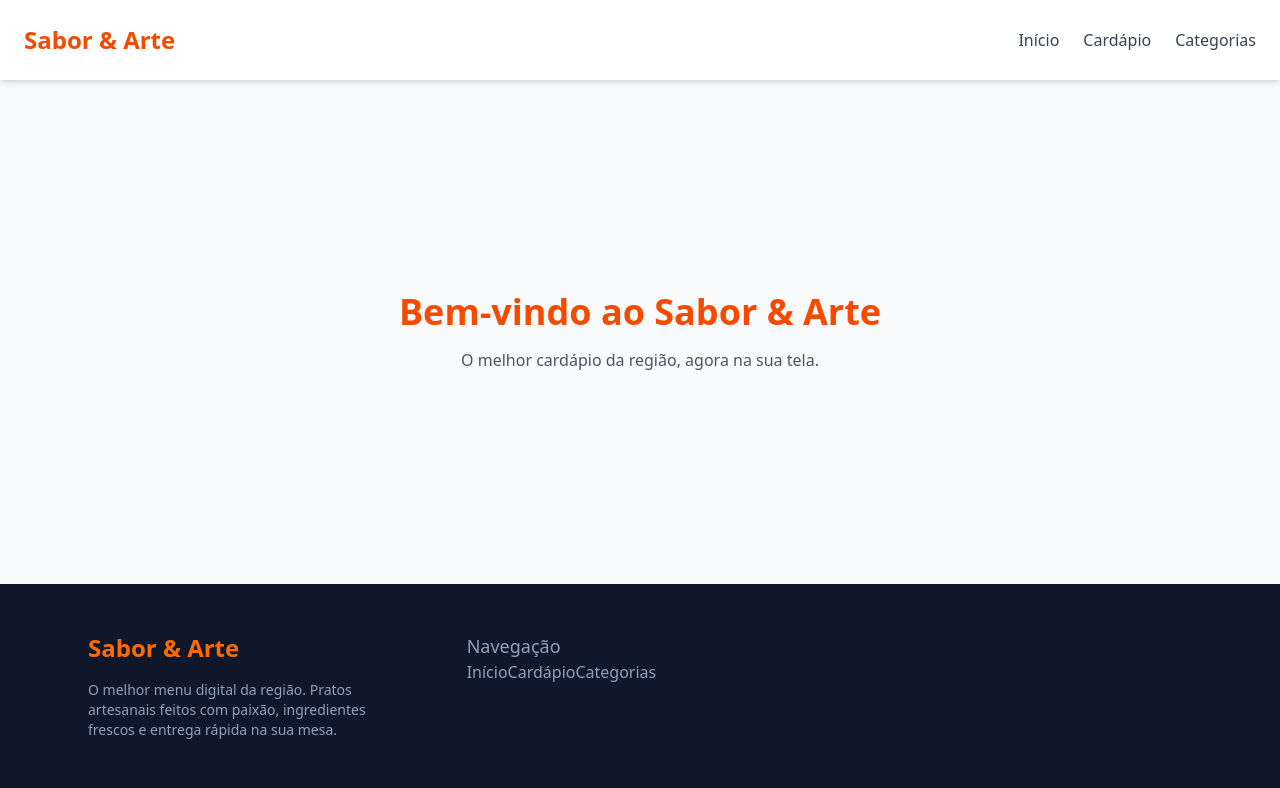
Repository: LuigiBLombardo/Next---Atividade
Page: / (app in sistema-cardapio/)
The author's editor kept a copy of each file at every save. The page is drawn from the files as they stood at one save, then again after a run of saves.
The browser window is 1280 px wide. The pictures show the whole page.
The project was rebuilt for these pictures with package versions that can differ from the ones it lists, and the page was loaded fresh each time. The framework's server and built-in components were replaced by stand-ins that run in the browser. Also part of the build but not shown: sistema-cardapio/next.config.mjs.

Above is the page before, as saved 2026-09-04 19:27:42.

### sistema-cardapio/src/app/layout.js
import { Inter, Montserrat } from "next/font/google";
import "./globals.css";
import Navbar from "@/components/Navbar";
import Footer from "@/components/Footer";

const inter = Inter({ subsets: ["latin"], variable: "--font-inter" });

const montserrat = Montserrat({ subsets: ["latin"], variable: "--font-montserrat" });

export default function RootLayout({ children }) {
    return (
        <html lang="pt-br" className={`${inter.variable} ${montserrat.variable}`}>
            <body className="font-sans bg-gray-50 antialiased">
                <Navbar />
                {children}
                <Footer/>
            </body>
        </html>
);
}

### sistema-cardapio/src/app/page.js
import Image from "next/image";

export default function Home() {
  return (
    <main className="flex flex-col items-center justify-center min-h-[70vh]">
        <h1 className="text-4xl font-bold text-orange-600">Bem-vindo ao Sabor & Arte</h1>
        <p className="mt-4 text-gray-600">O melhor cardápio da região, agora na sua tela.</p>
    </main>
  );
}

### sistema-cardapio/src/components/Navbar.js
import Link from 'next/link';

export default function Navbar() {
    return (
        <nav className="flex items-center justify-between p-6 bg-white shadow-md">
            <h2 className="text-2xl font-bold text-orange-600">Sabor & Arte</h2>
            <div className="flex gap-6">
                <Link href="/" className="text-gray-700 hover:text-orange-600 font-medium">Início</Link>
                <Link href="/cardapio" className="text-gray-700 hover:text-orange-600 font-medium">Cardápio</Link>
                <Link href="/categorias" className="text-gray-700 hover:text-orange-600
font-medium">Categorias</Link>
            </div>
        </nav>
);
}

### sistema-cardapio/src/components/Footer.js
import Link from "next/link";

export default function Footer(){
    return (
        <footer className="w-full bg-slate-900 text-slate-400 pt-12">

            <div className="max-w-6xl mx-auto px-6 pb-12 grid grid-cols-1 md:grid-cols-3 gap-8">

                <div>
                    <h2 className="text-2xl font-bold text-orange-500 mb-4">
                        Sabor & Arte
                    </h2>
                    <p className="text-sm max-w-xs text-slate-400">
                        O melhor menu digital da região. Pratos artesanais feitos com
                        paixão, ingredientes frescos e entrega rápida na sua mesa.
                    </p>
                </div>

                <div>

                    <h3 className="text-lg">
                        Navegação
                    </h3>
                    <div>
                        <Link href="/" className="">Início</Link>
                        <Link href="/cardapio" className="">Cardápio</Link>
                        <Link href="/categorias" className="">Categorias</Link>
                    </div>

                </div>

                <div>

                </div>
            </div>

        </footer>
    )
}

Loaded but not shown: sistema-cardapio/src/app/globals.css (common file)

After the next 3 saves:
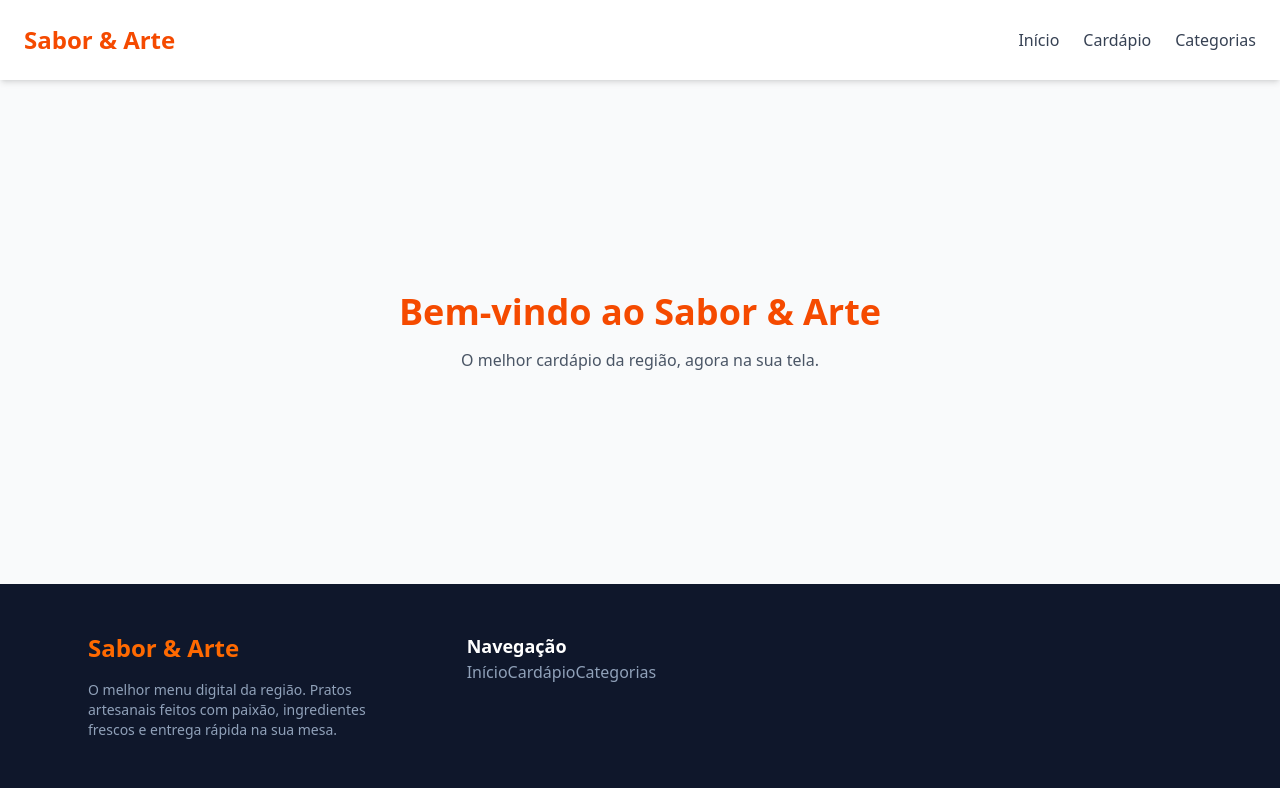
The 3 saves are shown as one change because they came seconds apart.
The last was saved 11 s later.
--- a/sistema-cardapio/src/components/Footer.js
+++ b/sistema-cardapio/src/components/Footer.js
@@ -18,7 +18,7 @@ export default function Footer(){
 
                 <div>
 
-                    <h3 className="text-lg">
+                    <h3 className="text-lg font-bold text-white">
                         Navegação
                     </h3>
                     <div>
